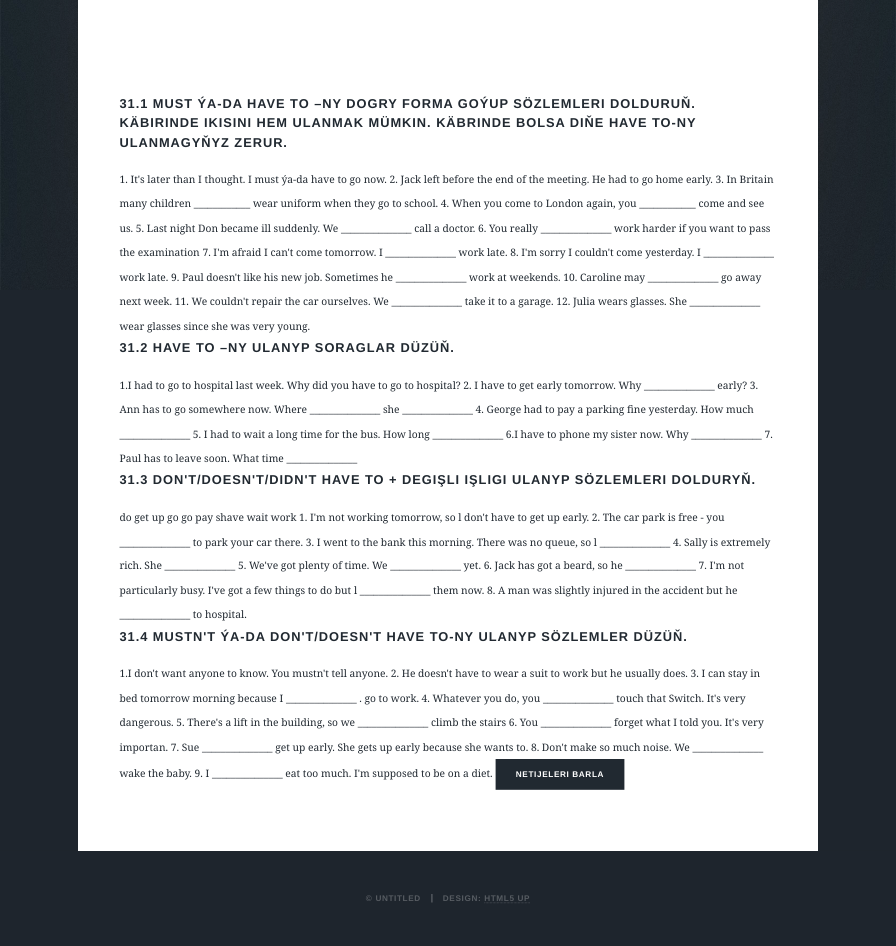
Repository: Sahet-dev/English-grammar-app
Page: test/test_unit _31.html
These files come from the project's save history. The page is drawn as it stood at one moment and after the next save; the edit follows.
The browser window is 1280 px wide. The pictures show the part of the page from y = 305 to 2225 px (the page is 1657 px tall before and 2597 px after), at 70% of full size.
Some web fonts or font styles are not loaded; a fallback is used.

Above is the page before, as saved 2022-06-24 17:04:15.

After the next save:
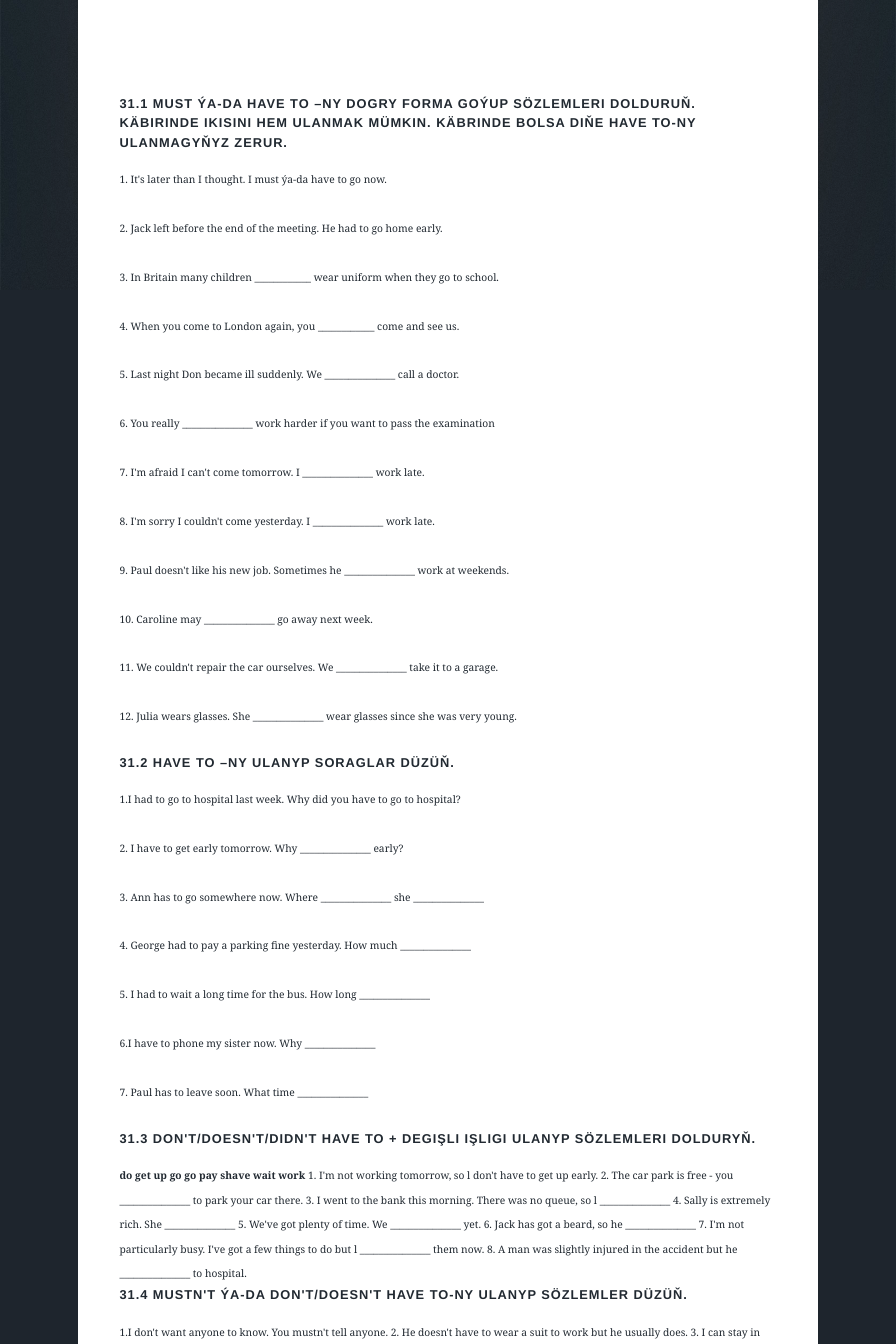
Saved 62 s later.
--- a/test/test_unit _31.html
+++ b/test/test_unit _31.html
@@ -59,68 +59,68 @@
 													</h3>
 														1. It's later than I thought. I must ýa-da have to
 														go now.
-
+														<br><br>
 														2. Jack left before the end of the meeting. He
 														had to go home early.
-
+														<br><br>
 														3. In Britain many children ____________ wear
 														uniform when they go to school.
-
+														<br><br>
 
 														4. When you come to London again, you ____________
 														come and see us.
-
+														<br><br>
 														5. Last night Don became ill suddenly.
 														We   _______________   call a doctor.
-
+														<br><br>
 														6. You really   _______________   work harder if you want to
 														pass the examination
-
+														<br><br>
 
 														7. I'm afraid I can't come tomorrow. I   _______________
 														work late.
-
+														<br><br>
 														8. I'm sorry I couldn't come yesterday. I    _______________
 														work late.
-
+														<br><br>
 														9. Paul doesn't like his new job. Sometimes
 														he   _______________    work at weekends.
-
+														<br><br>
 														10. Caroline may   _______________   go away next week.
-
+														<br><br>
 														11. We couldn't repair the car ourselves.
 														We   _______________   take it to a garage.
-
+														<br><br>
 														12. Julia wears glasses. She    _______________   wear
 														glasses since she was very young.
-
+														<br><br>
 													<h3>31.2
 
 														Have to –ny ulanyp soraglar düzüň.</h3>
 
 														1.I had to go to hospital last week. Why did you
 														have to go to hospital?
-
+														<br><br>
 														2. I have to get early tomorrow. Why    _______________   early?
-
+														<br><br>
 														3. Ann has to go somewhere now.
 														Where   _______________   she   _______________
-
+														<br><br>
 														4. George had to pay a parking fine yesterday.
 														How much   _______________
-
+														<br><br>
 														5. I had to wait a long time for the bus. How
 														long   _______________
-
+														<br><br>
 														6.I have to phone my sister now. Why   _______________
-
+														<br><br>
 														7. Paul has to leave soon. What time   _______________
-
+														<br><br>
 													<h3>31.3
 
 														Don't/doesn't/didn't have to + degişli işligi ulanyp sözlemleri dolduryň.</h3>
 
-														do
+														<b> do
 
 														get up
 
@@ -134,7 +134,7 @@
 
 														wait
 
-														work
+														work </b>
 
 														1. I'm not working tomorrow, so l don't have to
 														get up early.
